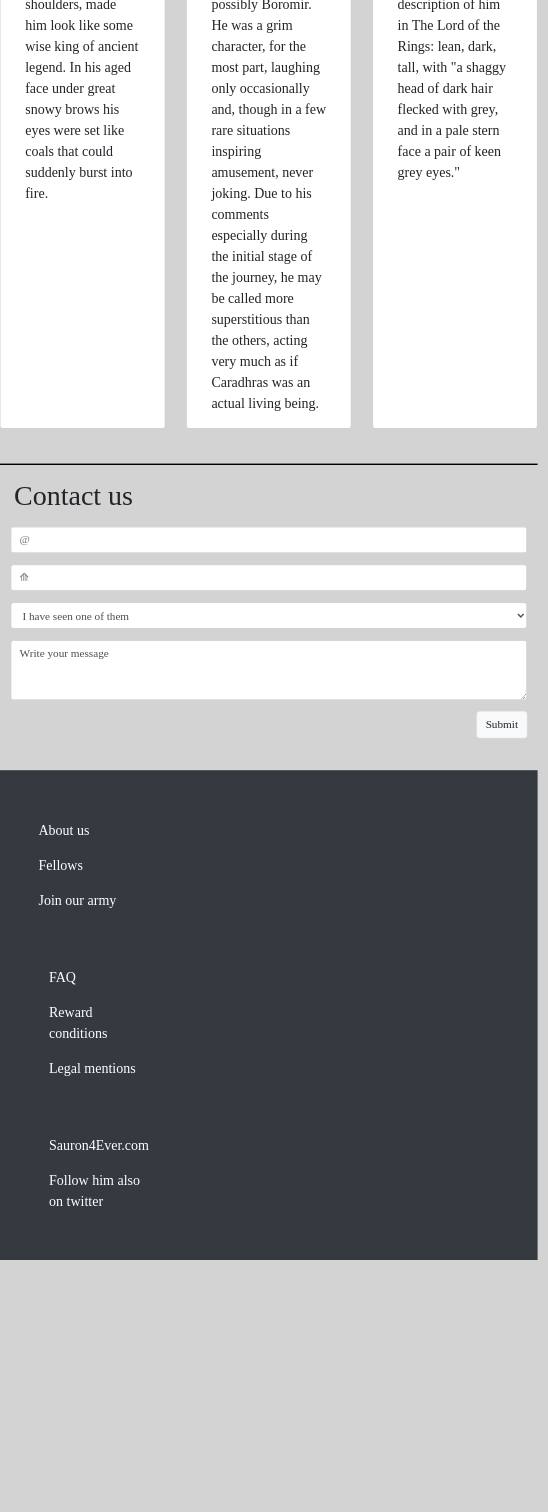
Repository: Khaleddwm/FindThePrecious
Page: index.html
An editor plug-in stored every save of this project. The page is shown before and after the next save, followed by the edit.
The browser window is 768 px wide. The page is 783 px wide, so the pictures cover 783 px, including what lies to the right of the window. The pictures show the part of the page from y = 1726 to 3966 px (the page is 3886 px tall before and 3966 px after), at 70% of full size.
Some web fonts or font styles are not loaded; a fallback is used.

Above is the page before, as saved 2020-05-25 11:50:35.

### index.html
<!DOCTYPE html>
<html lang="en">
<head>
    <meta charset="UTF-8">
    <meta name="viewport" content="width=device-width, initial-scale=1.0">
    <title>FindThePrecious</title>
    <link href="https://fonts.googleapis.com/css2?family=Bad+Script&display=swap" rel="stylesheet">
    <!-- CSS only -->
    <link rel="stylesheet" href="https://stackpath.bootstrapcdn.com/bootstrap/4.5.0/css/bootstrap.min.css" integrity="sha384-9aIt2nRpC12Uk9gS9baDl411NQApFmC26EwAOH8WgZl5MYYxFfc+NcPb1dKGj7Sk" crossorigin="anonymous">
    <link rel="stylesheet" href="https://cdnjs.cloudflare.com/ajax/libs/font-awesome/4.7.0/css/font-awesome.min.css">
    <link rel="stylesheet" href="style.css">
    <!-- JS, Popper.js, and jQuery -->
    <script src="https://code.jquery.com/jquery-3.5.1.slim.min.js" integrity="sha384-DfXdz2htPH0lsSSs5nCTpuj/zy4C+OGpamoFVy38MVBnE+IbbVYUew+OrCXaRkfj" crossorigin="anonymous"></script>
    <script src="https://cdn.jsdelivr.net/npm/popper.js@1.16.0/dist/umd/popper.min.js" integrity="sha384-Q6E9RHvbIyZFJoft+2mJbHaEWldlvI9IOYy5n3zV9zzTtmI3UksdQRVvoxMfooAo" crossorigin="anonymous"></script>
    <script src="https://stackpath.bootstrapcdn.com/bootstrap/4.5.0/js/bootstrap.min.js" integrity="sha384-OgVRvuATP1z7JjHLkuOU7Xw704+h835Lr+6QL9UvYjZE3Ipu6Tp75j7Bh/kR0JKI" crossorigin="anonymous"></script>
</head>
<body>
    <nav class="navbar navbar-expand-sm navbar-dark bg-dark">
        <a href"index.html" class="titleNav navbar-brand">FindThePrecious.com</a>
        <button class="navbar-toggler" data-toggle="collapse" data-target="#navbarMenu">
            <span class="navbar-toggler-icon"></span>
        </button>
        <div class="collapse navbar-collapse" id="navbarMenu">
            <ul class="navbar-nav">
                <li class="nav-item">
                    <a href="#" class="nav-link">Fellows</a>
                </li>
                <li>
                    <a href="#" class="nav-link">Contact us</a>
                </li>
            </ul>
        </div>
    </nav>
    <div id="carouselControls" class="carousel slide" data-ride="carousel">
        <div class="carousel-inner">
            <div class="carousel-caption d-none d-block">
                <h1>Dangerous fellowship try to destroy the ring</h1>
                <p>Orcs, Goblins, Balrogs, protect your master Sauron !</p>
            </div>
            <div class="carousel-item active">
                <img class="d-block w-100" src="https://img.phonandroid.com/2018/04/seigneur-des-anneaux.jpg" alt="First slide">
            </div>
            <div class="carousel-item">
                <img class="d-block w-100" src="https://www.journaldugeek.com/content/uploads/2019/07/lord-of-the-rings-gollum-new-lotr-stealth-game-coming-2021-from-daedalic-entertainment-767717.jpg" alt="Second slide">
            </div>
            <div class="carousel-item">
                <img class="d-block w-100" src="https://vignette.wikia.nocookie.net/lotr/images/1/15/Gothmog_the_lord_of_balrogs_by_atohas-d8hf6ru.jpg/revision/latest?cb=20180410213854" alt="Third slide">
            </div>
        </div>
        <a class="carousel-control-prev" href="#carouselControls" role="button" data-slide="prev">
            <span class="carousel-control-prev-icon" aria-hidden="true"></span>
            <span class="sr-only">Previous</span>
        </a>
        <a class="carousel-control-next" href="#carouselControls" role="button" data-slide="next">
            <span class="carousel-control-next-icon" aria-hidden="true"></span>
            <span class="sr-only">Next</span>
        </a>
    </div>
    <div class="wanted">
        <div class="wanted-title">
            <h1>Fellows wanted dead (or alive if you want to eat them later)</h1>
        </div>
        <div class="card-deck">
            <div class="card col-xs-12 col-md-4">
                <img src="https://kr4v3n.github.io/Sauron/img/gandalf.png" class="card-img-top" alt="Gandalf">
                <div class="living card-img-overlay">
                    <h2>Reward 1000 gold coins</h2>
                </div>
                <div class="card-body">
                    <h2 class="card-title">Gandalf</h2>
                    <p class="card-text">
                        Gandalf was shorter in stature than the other two; but his long white hair,
                        his sweeping silver beard, and his broad shoulders, made him look like some wise king of ancient legend.
                        In his aged face under great snowy brows his eyes were set like coals that could suddenly burst into fire.
                    </p>
                </div>
            </div>
            <div class="card col-xs-12 col-md-4">
                <img src="https://kr4v3n.github.io/Sauron/img/gimli.png" class="card-img-top" alt="Gimli">
                <div class="dead card-img-overlay">
                    <h2>DEAD</h2>
                </div>
                <div class="card-body">
                    <h2 class="card-title">Gimli</h2>
                    <p class="card-text">
                        Gimli throughout the War showed perhaps the greatest open contempt for Sauron and his minions, save possibly Boromir.
                        He was a grim character, for the most part, laughing only occasionally and, though in a few rare situations inspiring amusement,
                        never joking. Due to his comments especially during the initial stage of the journey, he may be called more superstitious than the others,
                        acting very much as if Caradhras was an actual living being.
                    </p>
                </div>
            </div>
            <div class="card col-xs-12 col-md-4">
                <img src="https://kr4v3n.github.io/Sauron/img/aragorn.png" class="card-img-top" alt="Aragorn">
                <div class="living card-img-overlay">
                    <h2>Reward 250 gold coins</h2>
                </div>
                <div class="card-body">
                    <h2 class="card-title">Aragorn</h2>
                    <p class="card-text">
                        An artist's conception of Aragorn at The Prancing Pony Tolkien gives
                        a brief but detailed description of him in The Lord of the Rings: lean, dark, tall, with
                        "a shaggy head of dark hair flecked with grey, and in a pale stern face a pair of keen grey eyes."
                    </p>
                </div>
            </div>
        </div>
    </div>
    <div class="form">
        <h1>Contact us</h1>
        <form class="container-fluid">
            <div class="form-group">
                <input type="email" class="form-control" id="email" placeholder="&#64;">
            </div>
            <div class="form-group">
                <input type="email" class="form-control" id="email" placeholder="&#10224;">
            </div>
            <div class="form-group">
                <select class="form-control" id="select">
                    <option>I have seen one of them</option>
                    <option>I have lost one of them</option>
                    <option>I have find one of them</option>
                </select>
            </div>
            <div class="form-group">
                <textarea class="form-control" id="textarea" rows="3">Write your message</textarea>
            </div>
            <div class="form-group">
                <input type="submit" class="btn btn-light" id="submit" value="Submit">
            </div>
        </form>
    </div>
    <footer class="footer-classic bg-dark">
        <div class="container-fluid">
            <div class="d-flex justify-content-between">
                <div class="col-xs-12 col-md-4"></div>
                    <ul class="nav-list">
                        <li><a href="#">About us</a></li>
                        <li><a href="#">Fellows</a></li>
                        <li><a href="#">Join our army</a></li>
                    </ul>
                </div>
                <div class="col-xs-12 col-md-4">
                    <ul class="nav-list">
                        <li><a href="#">FAQ</a></li>
                        <li><a href="#">Reward conditions</a></li>
                        <li><a href="#">Legal mentions</a></li>
                    </ul>
                </div>
                <div class="col-xs-12 col-md-4">
                    <ul class="nav-list">
                        <li><a href="#">Sauron4Ever.com</a></li>
                        <li><a href="#">Follow him also on twitter</a></li>
                    </ul>
                </div>
            </div>
        </div>
    </footer>
</body>
</html>

### style.css
body {
    font-family: 'Bad Script', cursive;
    background-color: lightgrey;
}

#navbarMenu, .titleNav {
    font-size: 30px;
}

.navbar {
    overflow: hidden;
    position: fixed; /* Set the navbar to fixed position */
    top: 0; /* Position the navbar at the top of the page */
    width: 100%; /* Full width */
    z-index: 1000;
}

/* Change background on mouse-over */
#navbarMenu a:hover {
    background: lightgray;
    color: black;
}

#carouselControls {
    margin-top: 70px;
}

p {
    font-size: 20px;
}

img {
    width: auto;
    height: 600px;
}

.wanted-title {
    text-align: center;
    margin: 50px;
}
/* hover for living */
.living h2 {
    background-color: lightgray;
}

.living {
    opacity: 0;
}

.living:hover {
    opacity: 1;
    text-align: center;
}

/* hover for dead */
.dead {
    opacity: 0;
}

.dead:hover {
    opacity: 1;
    text-align: center;
    background-color: lightgray;
}

#submit {
    float: right;
}

.form {
    font-size: 30px;
    margin-top: 50px;
    margin-bottom: 100px;
    border-top: 2px solid black;
}

.form h1 {
    margin: 20px;
}

footer .container-fluid {
    padding-top: 30px;
    padding-bottom: 30px;
    font-size: 20px;
}

@media only screen and (max-width: 768px) {
    footer div {
        display: flex;
        justify-content: center;
        flex-direction: column;
    }
}
.footer-classic a, .footer-classic a:focus, .footer-classic a:active {
    color: white;
}

footer ul, footer li {
    list-style: none;
    padding: 0;
    margin: 20px;
}

After the next save:
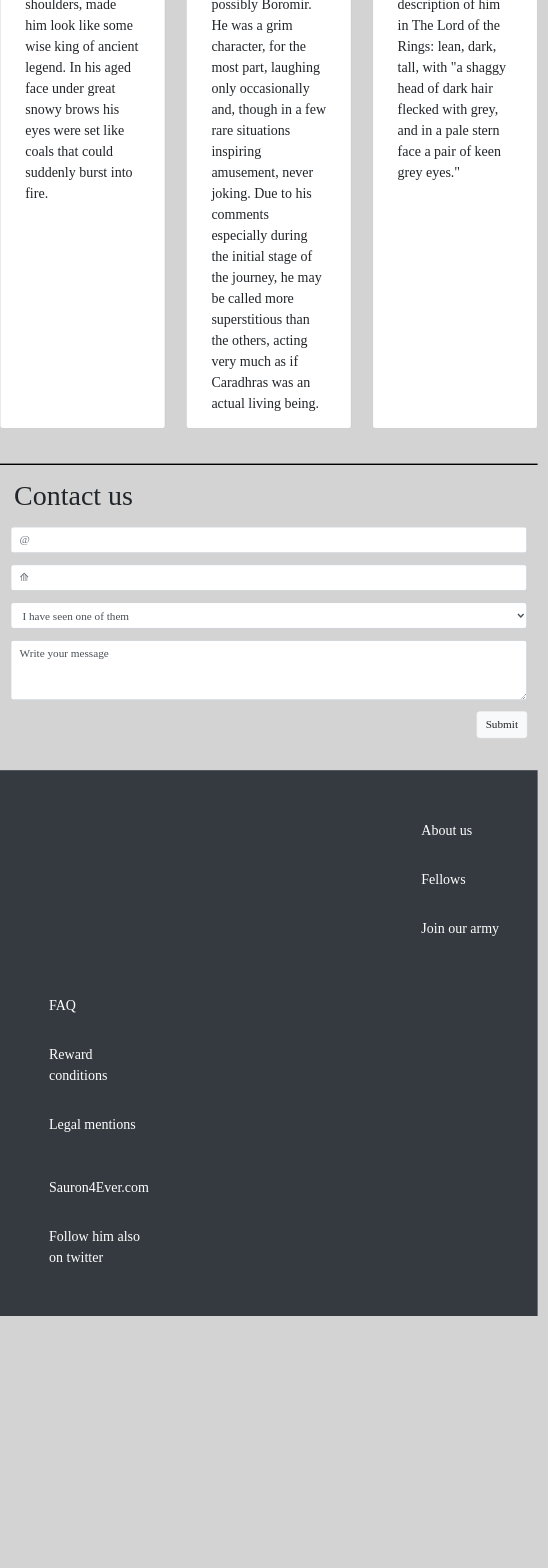
Saved 85 s later.
--- a/style.css
+++ b/style.css
@@ -85,7 +85,7 @@ footer .container-fluid {
 }
 
 @media only screen and (max-width: 768px) {
-    footer div {
+    footer ul {
         display: flex;
         justify-content: center;
         flex-direction: column;
